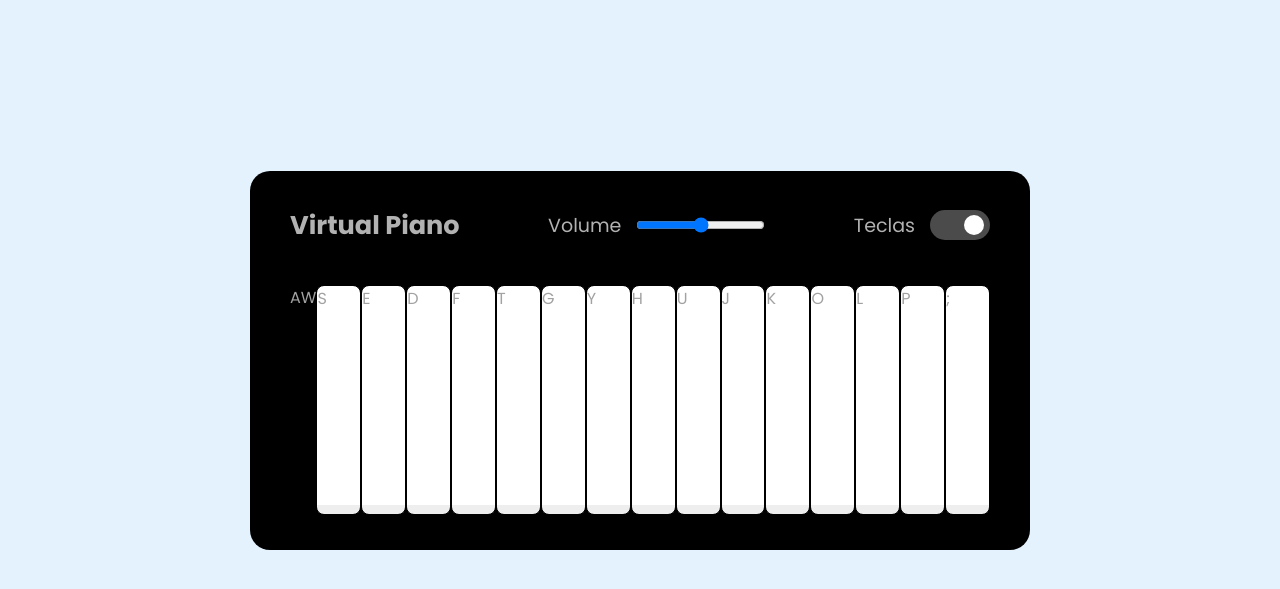
Repository: gustavotwist/simulador-piano
Page: index.html
An editor plug-in stored every save of this project. The page is shown before and after a run of saves, followed by the edit.
The browser window is 1280 px wide. The pictures show the whole page.

Above is the page before, as saved 2024-11-30 17:52:14.

After the next 2 saves:
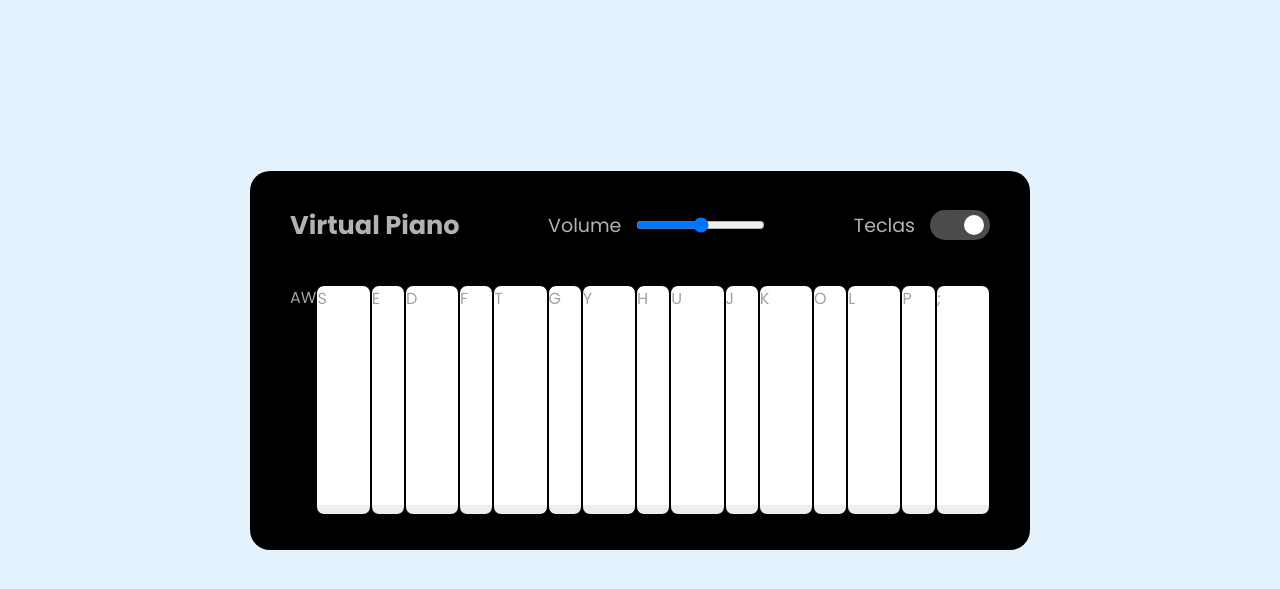
The 2 saves are shown as one change because they came seconds apart.
The last was saved 7 s later.
--- a/src/styles/main.css
+++ b/src/styles/main.css
@@ -91,7 +91,7 @@ header .column span {
 }
 
 .piano-keys .black {
-    width: 70px;
+    width: 44px;
     height: 230px;
     border: 1px solid black;
     border-radius: 8px;
